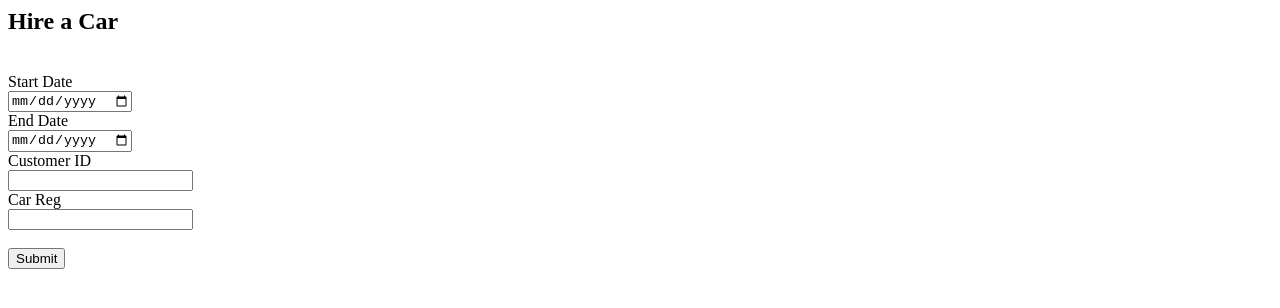
Repository: BrianD147/4th-Year-Project-Distributed-Systems
Page: http://localhost/REST/deleteOrder.jsp
An editor plug-in stored every save of this project. The page is shown before and after the next save, followed by the edit.
The browser window is 1280 px wide. The pictures show the whole page.
The page is served by Tomcat 9. Other server files are loaded and not shown.

Above is the page before, as saved 2018-12-09 17:11:56.

### REST/src/main/webapp/deleteOrder.jsp
<html>
<body>
    <h2>Hire a Car</h2>
    <form action="webapi/myresource/write" method="post">
    	<br/> Start Date <br/>
    	<input type="date" name="startDate">
    	<br/> End Date <br/>
	    <input type="date" name="endDate">
	    <br/> Customer ID <br/>
	    <input type="number" name="custID">
	    <br/> Car Reg <br/>
	    <input type="text" name="carReg">
	    <br/><br/>
	    <input type="submit" value="Submit">
    </form>
</body>
</html>

After the next save:
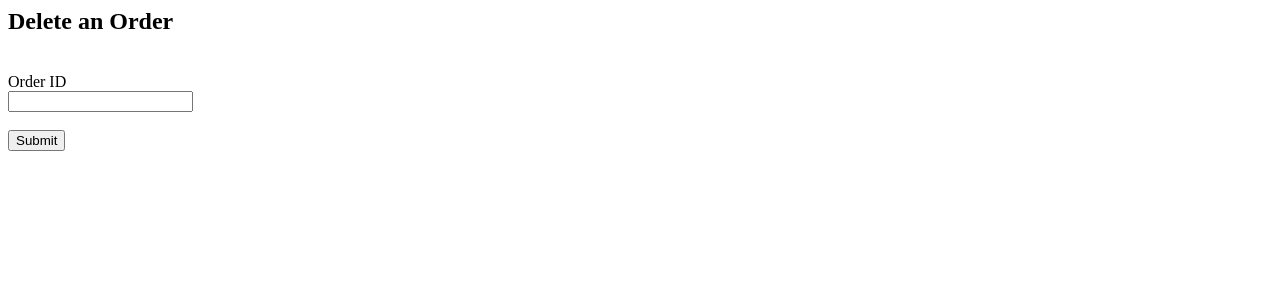
Saved 9 min 22 s later.
--- a/REST/src/main/webapp/deleteOrder.jsp
+++ b/REST/src/main/webapp/deleteOrder.jsp
@@ -1,15 +1,9 @@
 <html>
 <body>
-    <h2>Hire a Car</h2>
+    <h2>Delete an Order</h2>
     <form action="webapi/myresource/write" method="post">
-    	<br/> Start Date <br/>
-    	<input type="date" name="startDate">
-    	<br/> End Date <br/>
-	    <input type="date" name="endDate">
-	    <br/> Customer ID <br/>
-	    <input type="number" name="custID">
-	    <br/> Car Reg <br/>
-	    <input type="text" name="carReg">
+    	<br/> Order ID <br/>
+    	<input type="number" name="orderID">
 	    <br/><br/>
 	    <input type="submit" value="Submit">
     </form>
